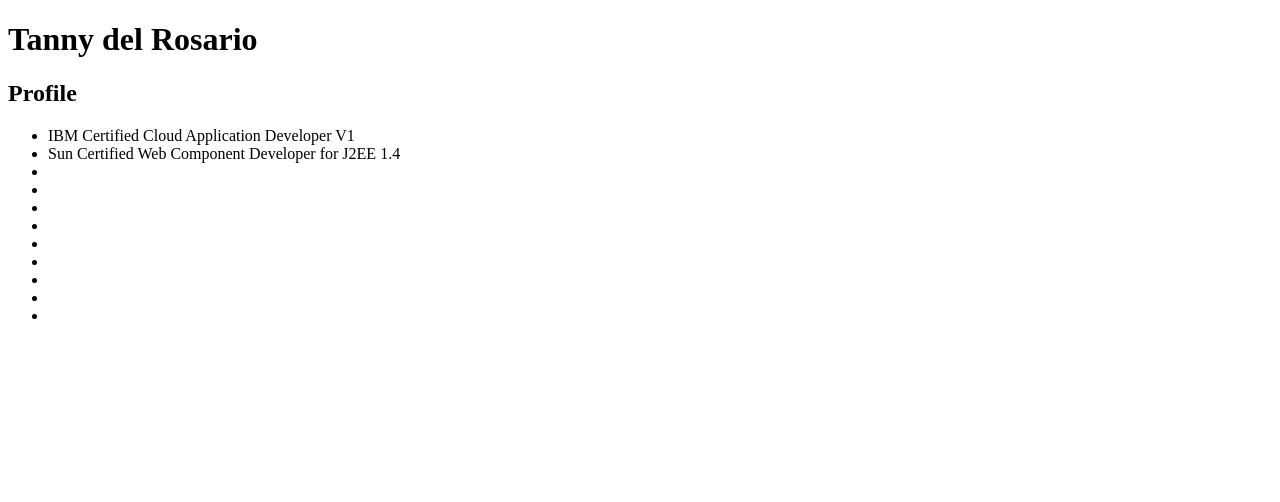
Repository: delrotf/tanny-del-rosario-resume
Page: workspace/tanny-del-rosario-resume.html
The author's editor kept a record of every edit. The page is drawn from the files as they stood at one moment, then again after the next edit.
The browser window is 1280 px wide. The pictures show the whole page.

Above is the page before.

### workspace/tanny-del-rosario-resume.html
<!DOCTYPE html>
<html>
    <head>
        <title>Resume of Tanny del Rosario</title>
    </head>
    <body>
        <h1>Tanny del Rosario</h1>
        <h2>Profile</h2>
        <ul>
            <li>IBM Certified Cloud Application Developer V1</li>
            <li>Sun Certified Web Component Developer for J2EE 1.4</li>
            <li></li>
            <li></li>
            <li></li>
            <li></li>
            <li></li>
            <li></li>
            <li></li>
            <li></li>
            <li></li>

        </ul>
    </body>
</html>

After the next edit:
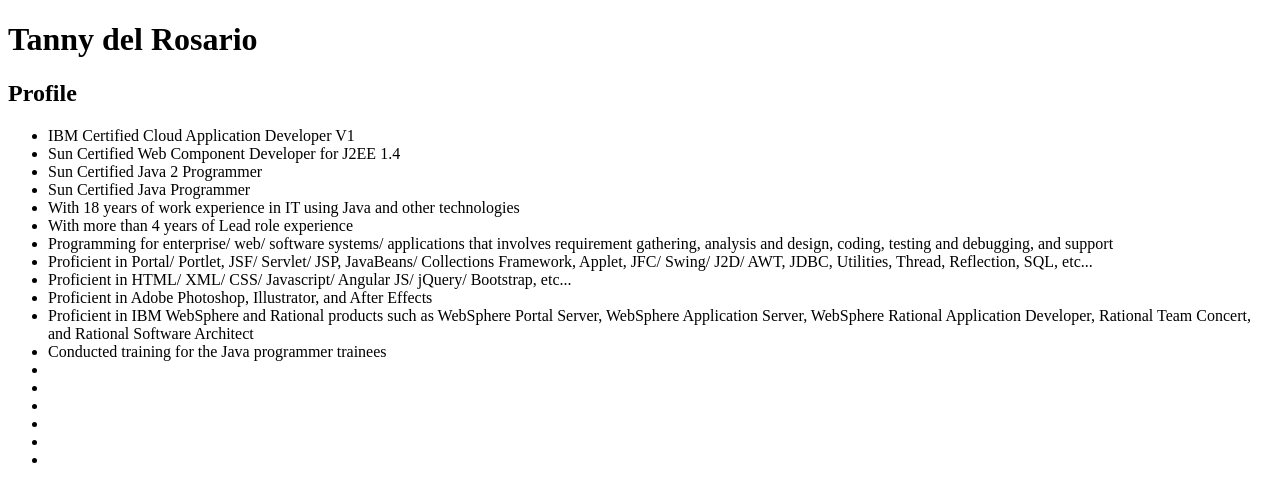
The edit:
--- a/workspace/tanny-del-rosario-resume.html
+++ b/workspace/tanny-del-rosario-resume.html
@@ -9,16 +9,22 @@
         <ul>
             <li>IBM Certified Cloud Application Developer V1</li>
             <li>Sun Certified Web Component Developer for J2EE 1.4</li>
+            <li>Sun Certified Java 2 Programmer</li>
+            <li>Sun Certified Java Programmer</li>
+            <li>With 18 years of work experience in IT using Java and other technologies</li>
+            <li>With more than 4 years of Lead role experience</li>
+            <li>Programming for enterprise/ web/ software systems/ applications that involves requirement gathering, analysis and design, coding, testing and debugging, and support</li>
+            <li>Proficient in Portal/ Portlet, JSF/ Servlet/ JSP, JavaBeans/ Collections Framework, Applet, JFC/ Swing/ J2D/ AWT, JDBC, Utilities, Thread, Reflection, SQL, etc...</li>
+            <li>Proficient in HTML/ XML/ CSS/ Javascript/ Angular JS/ jQuery/ Bootstrap, etc...</li>
+            <li>Proficient in Adobe Photoshop, Illustrator, and After Effects</li>
+            <li>Proficient in IBM WebSphere and Rational products such as WebSphere Portal Server, WebSphere Application Server, WebSphere Rational Application Developer, Rational Team Concert, and Rational Software Architect</li>
+            <li>Conducted training for the Java programmer trainees</li>
             <li></li>
             <li></li>
             <li></li>
             <li></li>
             <li></li>
             <li></li>
-            <li></li>
-            <li></li>
-            <li></li>
-
         </ul>
     </body>
 </html>
